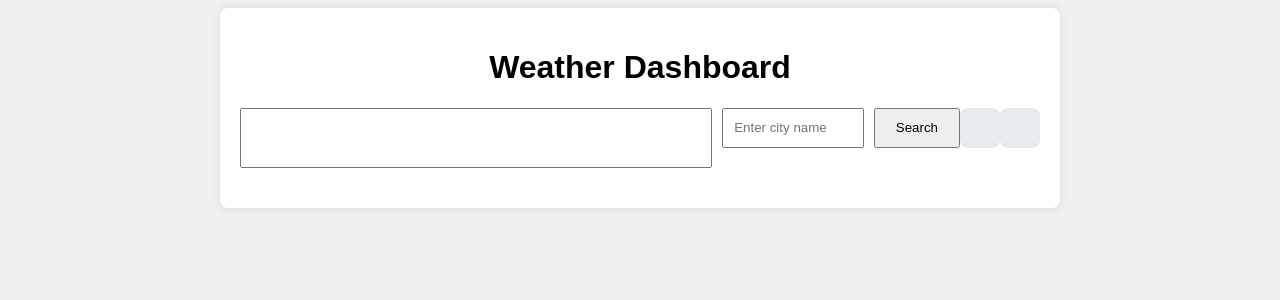
Repository: PaigeC001/WeatherOutlookTracker
Page: WeatherOutlookTracker/index.html
These files come from the project's save history. The page is drawn as it stood at one moment and after the next save; the edit follows.
The browser window is 1280 px wide. The pictures show the whole page.

Above is the page before, as saved 2024-07-16 04:01:40.

After the next save:
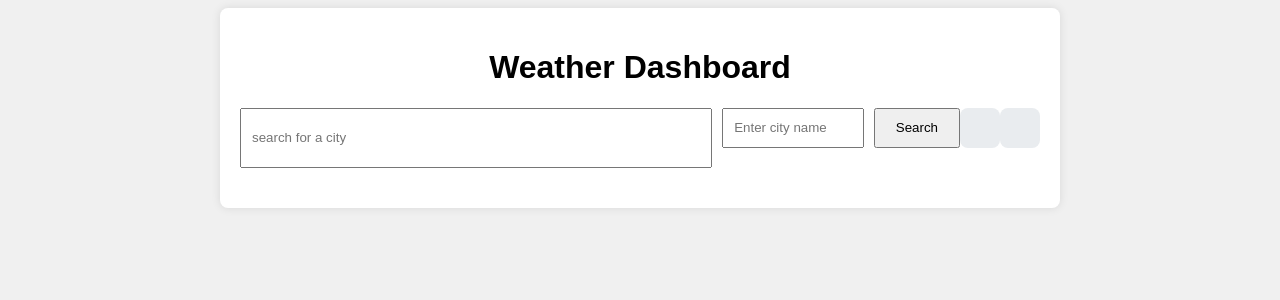
Saved 21 s later.
--- a/WeatherOutlookTracker/index.html
+++ b/WeatherOutlookTracker/index.html
@@ -12,7 +12,7 @@
     </header>
     <main>
         <section class="search-section">
-            <input type="text" id="city-input" place
+            <input type="text" id="city-input" placeholder="search for a city"
     </main>
         <div class="search-section">
             <input type="text" id="city-input" placeholder="Enter city name">
